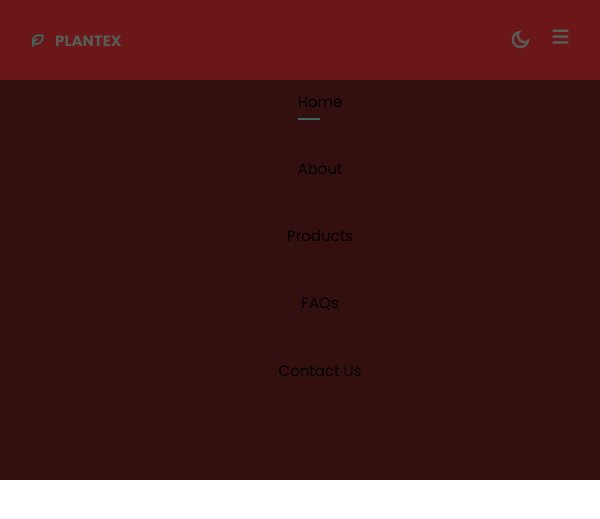
Repository: OmniaRafat232111121/plantwebsite
Page: index.html
The author's editor kept a copy of each file at every save. The page is drawn from the files as they stood at one save, then again after the next save.
The browser window is 600 px wide. The pictures show the whole page.
After loading, the first visible `#navToggle` was clicked once.

Above is the page before, as saved 2023-01-04 16:16:15.

After the next save:
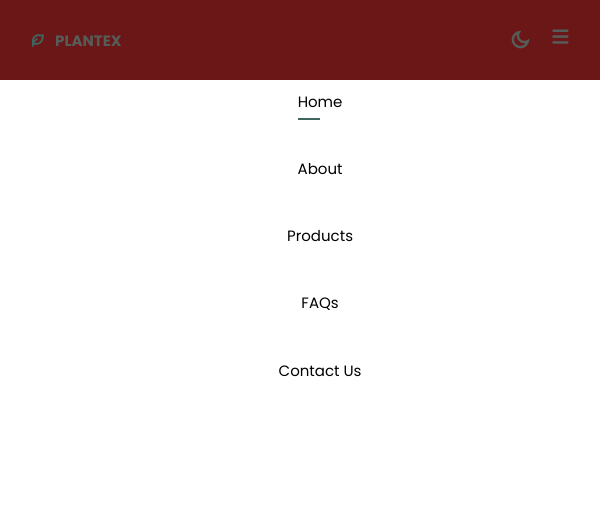
Saved 24 s later.
--- a/assets/css/styles.css
+++ b/assets/css/styles.css
@@ -226,7 +226,7 @@ display: none;
   .show-menu{
 
      position: fixed;
-    background-color:rgb(51, 15, 15);
+    background-color:#fff;
     width: 100%;
     height: 50%;
     top: 80px;
